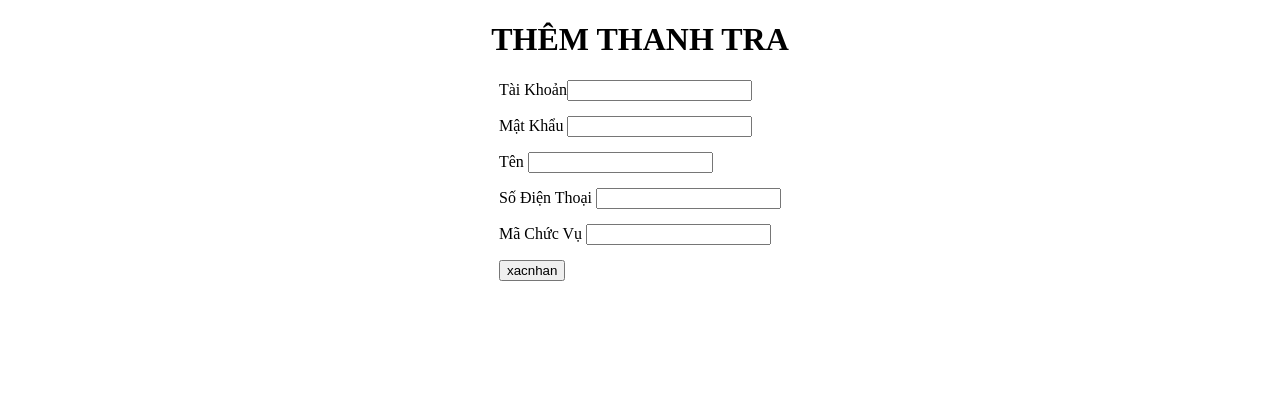
Repository: nguyenquan23/project-3
Page: http://localhost/laptrinhdoan/views/admin/add.jsp
The author's editor kept a copy of each file at every save. The page is drawn from the files as they stood at one save, then again after the next save.
The browser window is 1280 px wide. The pictures show the whole page.
The page is served by Tomcat 9. Nobody is signed in. The application's start-up code is not run.

Above is the page before, as saved 2023-01-19 13:23:55.

After the next save:
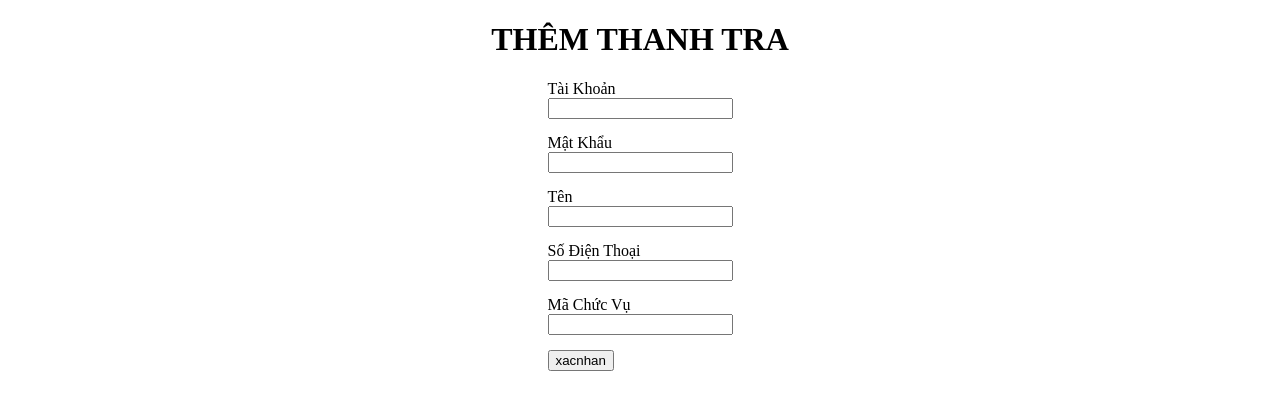
Saved 16 min 34 s later.
--- a/laptrinhdoan/src/main/webapp/views/admin/add.jsp
+++ b/laptrinhdoan/src/main/webapp/views/admin/add.jsp
@@ -25,20 +25,25 @@ text-align:  center;
 
 <form action="DeleteStudentServlet" method="get">
 
+<label>Tài Khoản</label>
  <div class="input">
- Tài Khoản<input type="text" name="deleteId">
+ <input type="text" name="deleteId">
 </div>
+<label> Mật Khẩu</label>
  <div class="input">
- Mật Khẩu <input type="text" name="deletehoten">
+<input type="text" name="deletehoten">
  </div>
+ <label> Tên</label>
  <div class="input">
- Tên <input type="text" name="deletehoten">
+ <input type="text" name="deletehoten">
  </div>
+ <label> Số Điện Thoại </label>
  <div class="input">
- Số Điện Thoại <input type="text" name="deletehoten">
+<input type="text" name="deletehoten">
  </div>
+ <label> Mã Chức Vụ</label>
  <div class="input">
- Mã Chức Vụ <input type="text" name="deletehoten">
+ <input type="text" name="deletehoten">
  </div>
 
   <div class="input">
